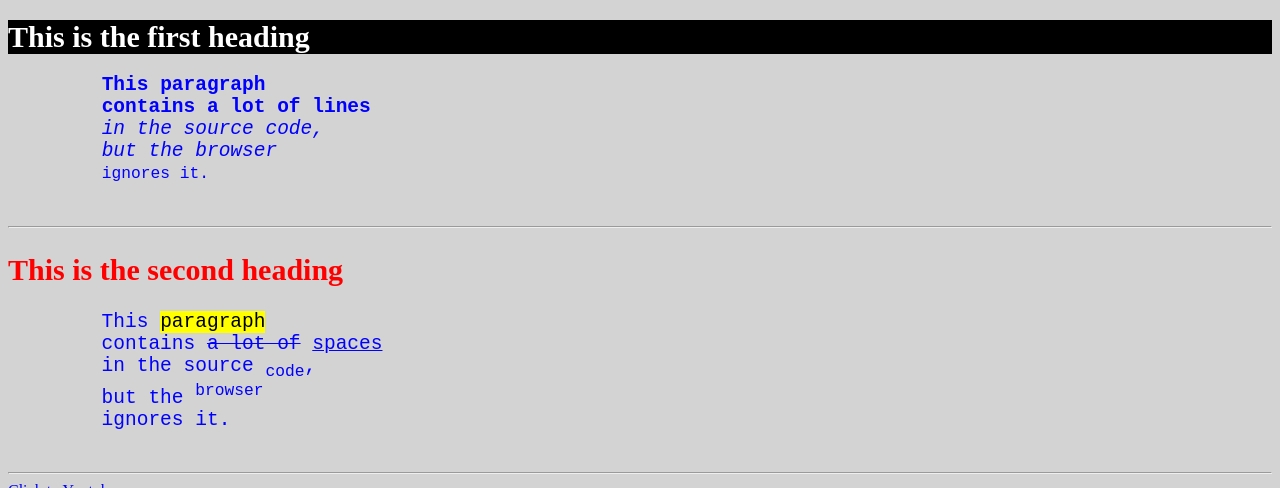
Repository: zRush1202/LoginPage-demo
Page: ex_html/index.html
The author's editor kept a copy of each file at every save. The page is drawn from the files as they stood at one save, then again after the next save.
The browser window is 1280 px wide. The pictures show the part of the page from y = 0 to 488 px (the page is 773 px tall before and 761 px after).
Pictures or frames that could not be fetched are drawn as grey boxes.

Above is the page before, as saved 2023-09-06 17:17:30.

After the next save:
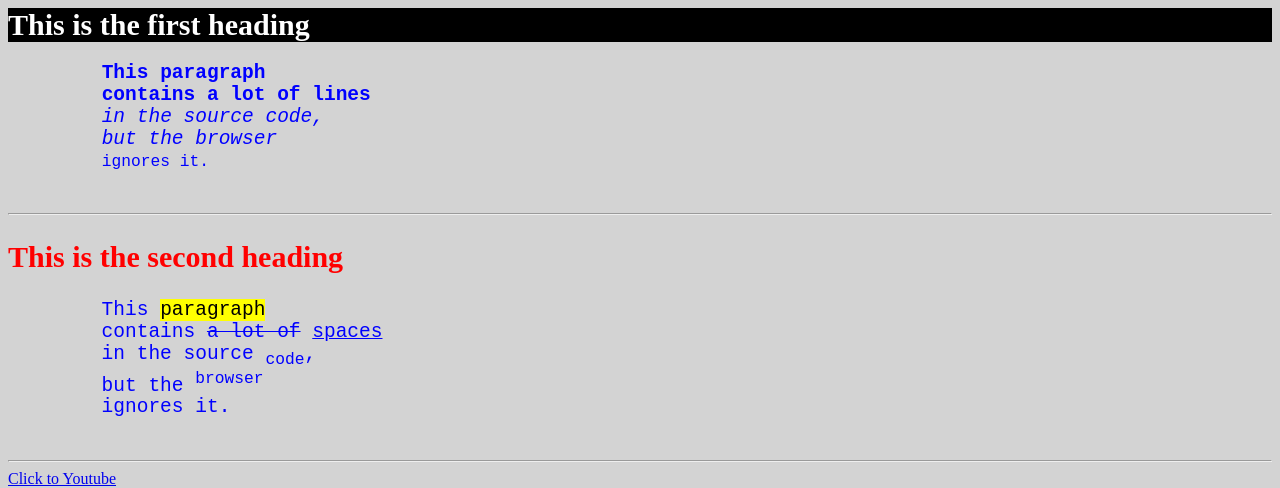
Saved 41 s later.
--- a/ex_html/index.html
+++ b/ex_html/index.html
@@ -6,7 +6,7 @@
     <title>Page Title!</title>
 </head>
 <body style="background-color: lightgray;">
-    <h1 style="color: white; background-color: black; font-size: 30px; font-family:'Times New Roman', Times, serif; text-align:left;">This is the first heading</h1>
+    <h1 style="color: white; display: block;margin: 0 auto; background-color: black; font-size: 30px; font-family:'Times New Roman', Times, serif; text-align:left;">This is the first heading</h1>
     <pre style="color: blue; font-size: 150%;"; title="I'm a tooltip">
         <b>This paragraph</b>
         <strong>contains a lot of lines</strong>

After the save that followed:
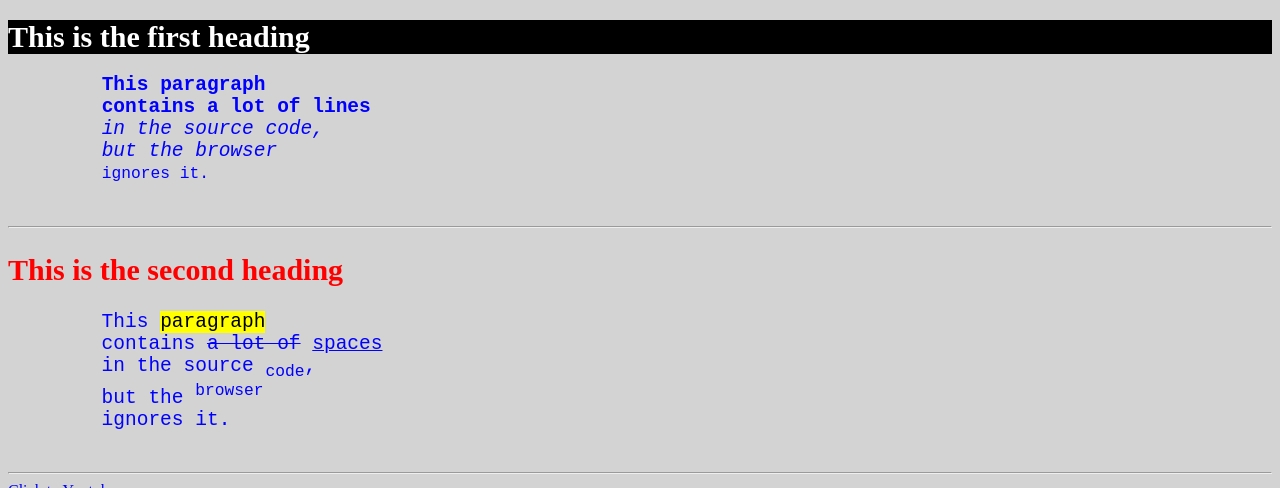
Saved 49 s later.
--- a/ex_html/index.html
+++ b/ex_html/index.html
@@ -6,7 +6,7 @@
     <title>Page Title!</title>
 </head>
 <body style="background-color: lightgray;">
-    <h1 style="color: white; display: block;margin: 0 auto; background-color: black; font-size: 30px; font-family:'Times New Roman', Times, serif; text-align:left;">This is the first heading</h1>
+    <h1 style="color: white; text-align: center; background-color: black; font-size: 30px; font-family:'Times New Roman', Times, serif; text-align:left;">This is the first heading</h1>
     <pre style="color: blue; font-size: 150%;"; title="I'm a tooltip">
         <b>This paragraph</b>
         <strong>contains a lot of lines</strong>
